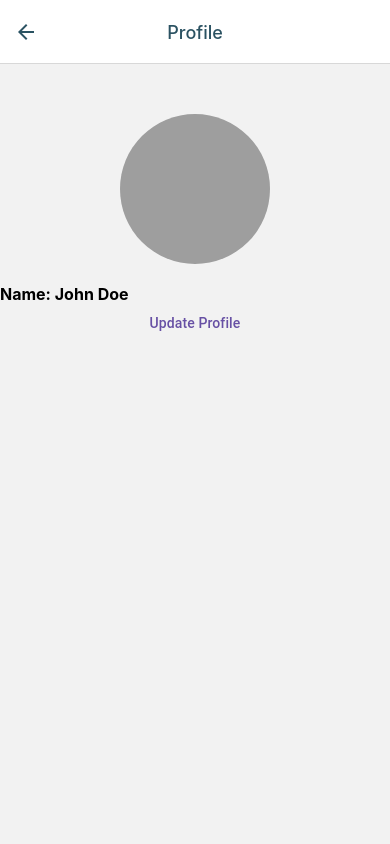
Repository: SaudCh/Expo-Pethub
Screen: /Profile
An editor plug-in stored every save of this project. The screen is shown before and after the next save, followed by the edit.
Pictures or frames that could not be fetched are drawn as grey boxes. The app was drawn by React Native's web renderer in a window 390 px wide. The project was rebuilt for these pictures with package versions that can differ from the ones it lists, and the page was loaded fresh each time. Also part of the build but not shown: Screens/Signup.js, Screens/Home.js, Screens/UpdateProfile.js, Components/Avatar.js.

Above is the screen before, as saved 2022-11-15 00:20:08.

After the next save:
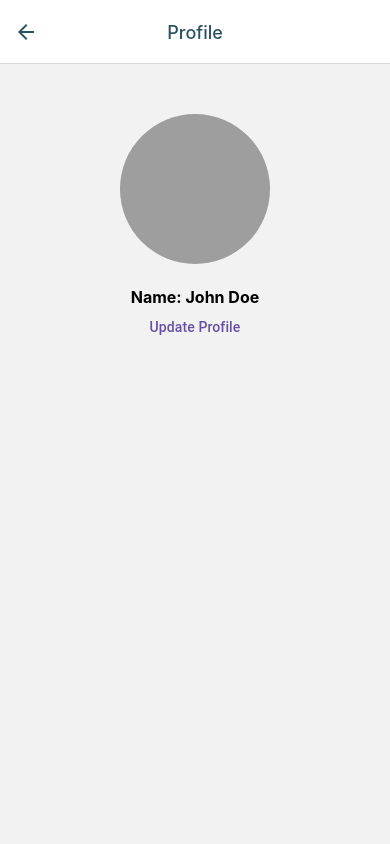
Saved 21 s later.
--- a/Screens/Profile.js
+++ b/Screens/Profile.js
@@ -14,7 +14,10 @@ export default function Profile() {
                 />
             </View>
             <View style={{ marginTop: 20 }}>
-                <Text style={{ fontSize: 16, fontWeight: 'bold' }}>Name: John Doe</Text>
+                <Text style={{ alignSelf: 'center', fontSize: 20 }}>
+                    <Text style={{ fontSize: 16, fontWeight: 'bold' }}>Name: John Doe</Text>
+
+                </Text>
             </View>
 
 
